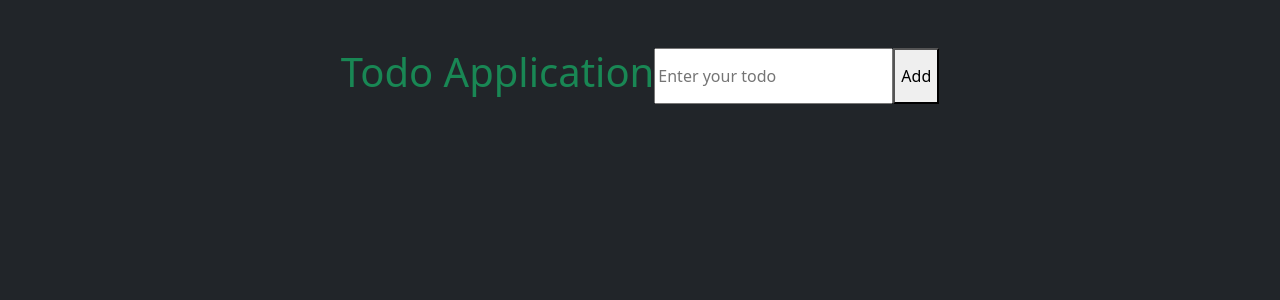
Repository: Alphosmart/param
Page: todo.html
An editor plug-in stored every save of this project. The page is shown before and after the next save, followed by the edit.
The browser window is 1280 px wide. The pictures show the whole page.

Above is the page before, as saved 2024-07-01 08:38:24.

### todo.html
<!DOCTYPE html>
<html lang="en">
  <head>
    <meta charset="UTF-8" />
    <meta name="viewport" content="width=device-width, initial-scale=1.0" />
    <title>Todo</title>
    <link rel="stylesheet" href="style.css" />
    <link
      href="https://cdn.jsdelivr.net/npm/bootstrap@5.3.3/dist/css/bootstrap.min.css"
      rel="stylesheet"
      integrity="sha384-QWTKZyjpPEjISv5WaRU9OFeRpok6YctnYmDr5pNlyT2bRjXh0JMhjY6hW+ALEwIH"
      crossorigin="anonymous"
    />
  </head>

  <body class="bg-dark text-success">
    <div class="d-flex justify-content-center allign-items-center mt-5">
      <h1>Todo Application</h1>
      <input type="text" placeholder="Enter your todo" id="todo" />
      <button onclick="addTodo()">Add</button>
      <div id="showFace"></div>
    </div>

    <script src="script.js"></script>
  </body>
</html>

### style.css
.btnDelete {
    border: none;
    border-radius: 10%;
    padding: 10px;
    text-align: center;
    background-color: #ff0000;
    color: #fff;
}

### script.js
'use strict';

var allTodos = [];

function addTodo() {
  var inputs = document.getElementById('todo').value;
  if (inputs !== '') {
    allTodos.push(inputs);
    console.log(allTodos);
    document.getElementById('todo').value = '';
    displayTodo();
  } else {
    alert('Please enter something.');
  }
}

function displayTodo() {
  showFace.innerHTML = '';
  for (var i = 0; i < allTodos.length; i++) {
    showFace.innerHTML += `
      <h3>${i + 1}. ${allTodos[i]}</h3>
      <button class='btnDelete' onclick="deleteTodo(${i})">Delete</button>
      <button onclick="editTodo(${i})" style="color: orangered">Edit</button>
    `;
  }
}

function deleteTodo(index) {
  var confirmDelete = confirm('Are you sure you want to delete this item?');
  if (confirmDelete) {
    allTodos.splice(index, 1);
    displayTodo();
  }
}

function editTodo(index) {
  var newTodo = prompt('Edit your todo:', allTodos[index]);
  if (newTodo !== null && newTodo !== '') {
    allTodos[index] = newTodo;
    displayTodo();
  } else if (newTodo === '') {
    alert('The input cannot be empty.');
  }
}

After the next save:
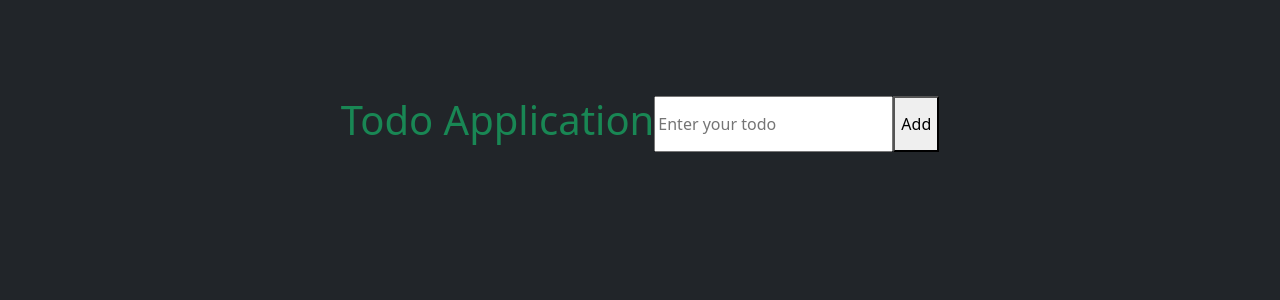
Saved 75 s later.
--- a/todo.html
+++ b/todo.html
@@ -14,7 +14,7 @@
   </head>
 
   <body class="bg-dark text-success">
-    <div class="d-flex justify-content-center allign-items-center mt-5">
+    <div class="d-flex justify-content-center allign-items-center mt-5 p-5">
       <h1>Todo Application</h1>
       <input type="text" placeholder="Enter your todo" id="todo" />
       <button onclick="addTodo()">Add</button>

After the save that followed:
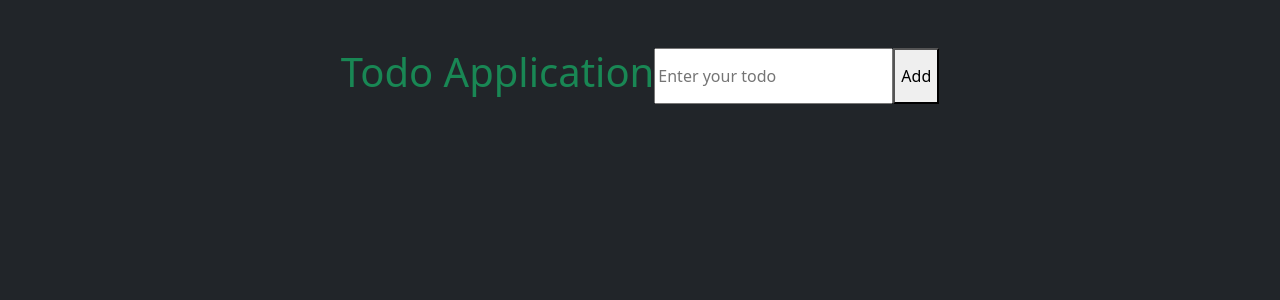
Saved 63 s later.
--- a/todo.html
+++ b/todo.html
@@ -14,7 +14,7 @@
   </head>
 
   <body class="bg-dark text-success">
-    <div class="d-flex justify-content-center allign-items-center mt-5 p-5">
+    <div class="d-flex justify-content-center allign-items-center mt-5">
       <h1>Todo Application</h1>
       <input type="text" placeholder="Enter your todo" id="todo" />
       <button onclick="addTodo()">Add</button>
